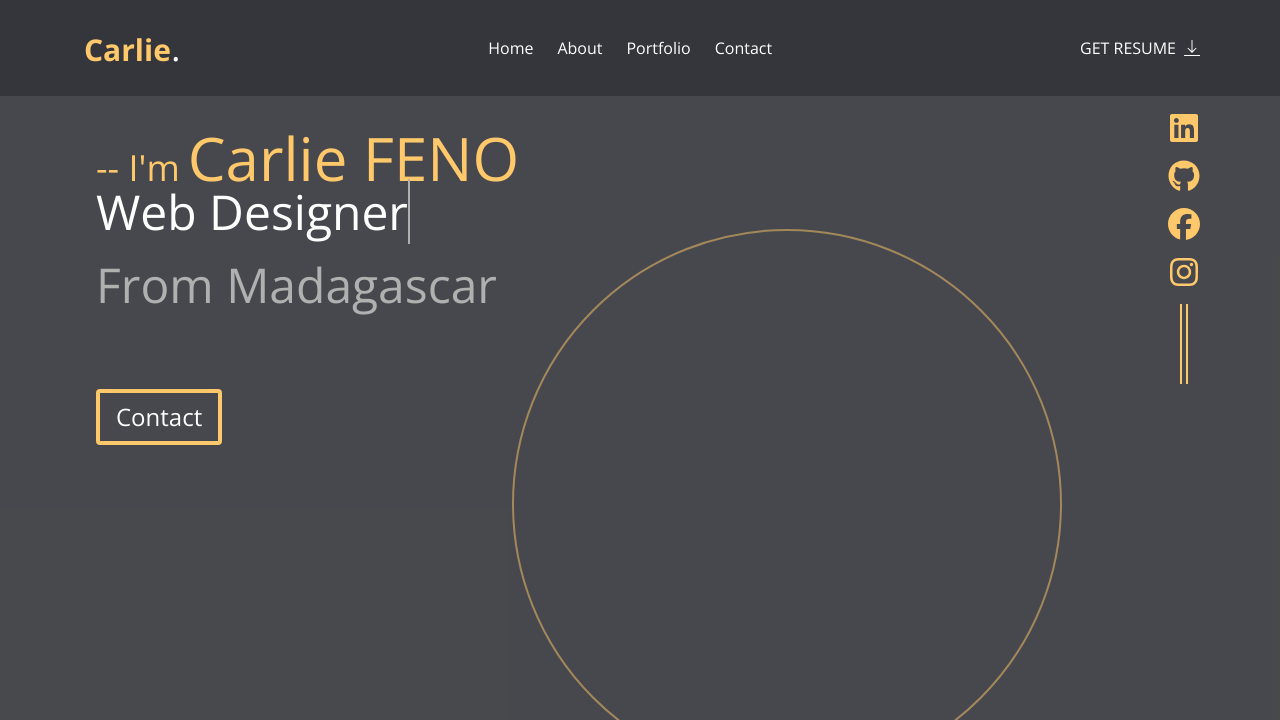
Repository: FenoCarlie/Portfolio
Page: / (app in frontend/)
These files come from the project's save history. The page is drawn as it stood at one moment and after the next save; the edit follows.
The browser window is 1280 px wide. The pictures show the whole page.
The project was rebuilt for these pictures with package versions that can differ from the ones it lists, and the page was loaded fresh each time. Also part of the build but not shown: frontend/vite.config.js, frontend/src/views/notFound/NotFound.jsx. Imported but missing from the stored project, and not drawn on this page: frontend/src/views/about/About, frontend/src/views/contact/Contact, frontend/src/views/portfolio/Portfolio.

Above is the page before, as saved 2024-05-12 11:29:41.

After the next save:
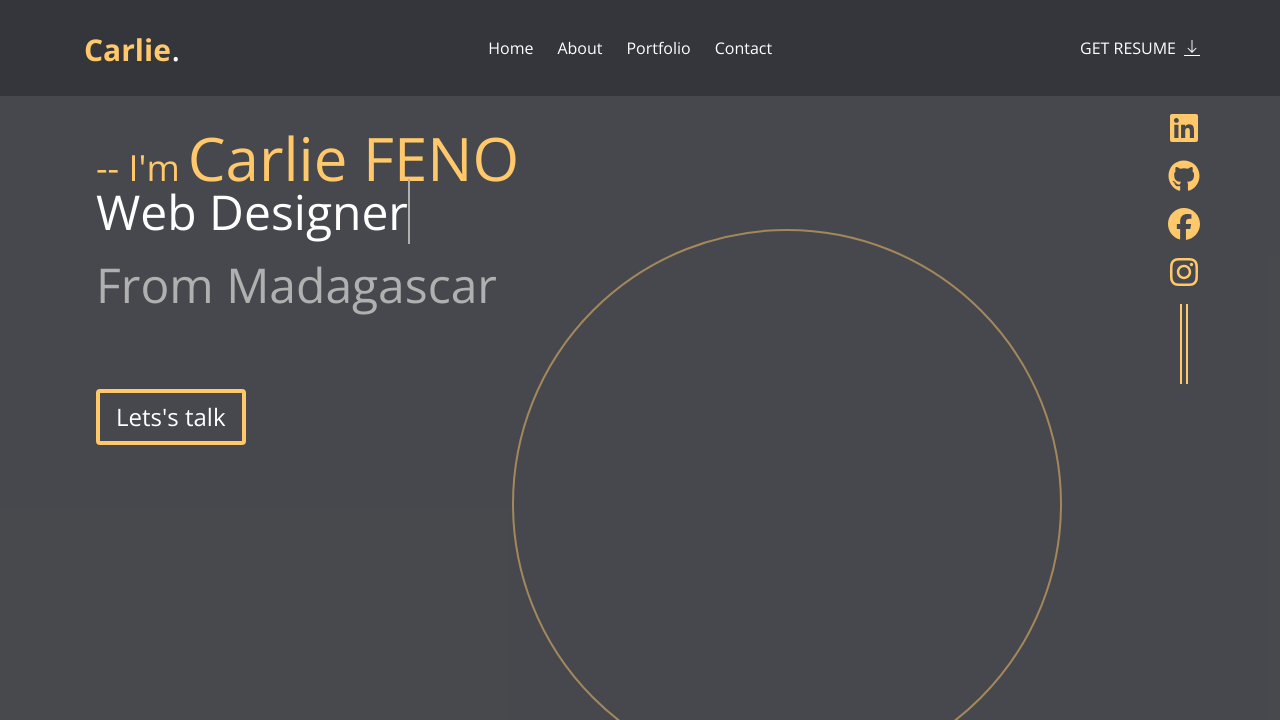
Saved 5 min 42 s later.
--- a/frontend/src/views/frontend/home/home.jsx
+++ b/frontend/src/views/frontend/home/home.jsx
@@ -96,7 +96,7 @@
             </div>
             <section className="flex w-full items-center mt-20 ">
               <button className="px-4 py-2 border-4 border-yellowClaire rounded text-white text-2xl">
-                Contact
+                Lets's talk
               </button>
             </section>
           </TrackVisibility>
